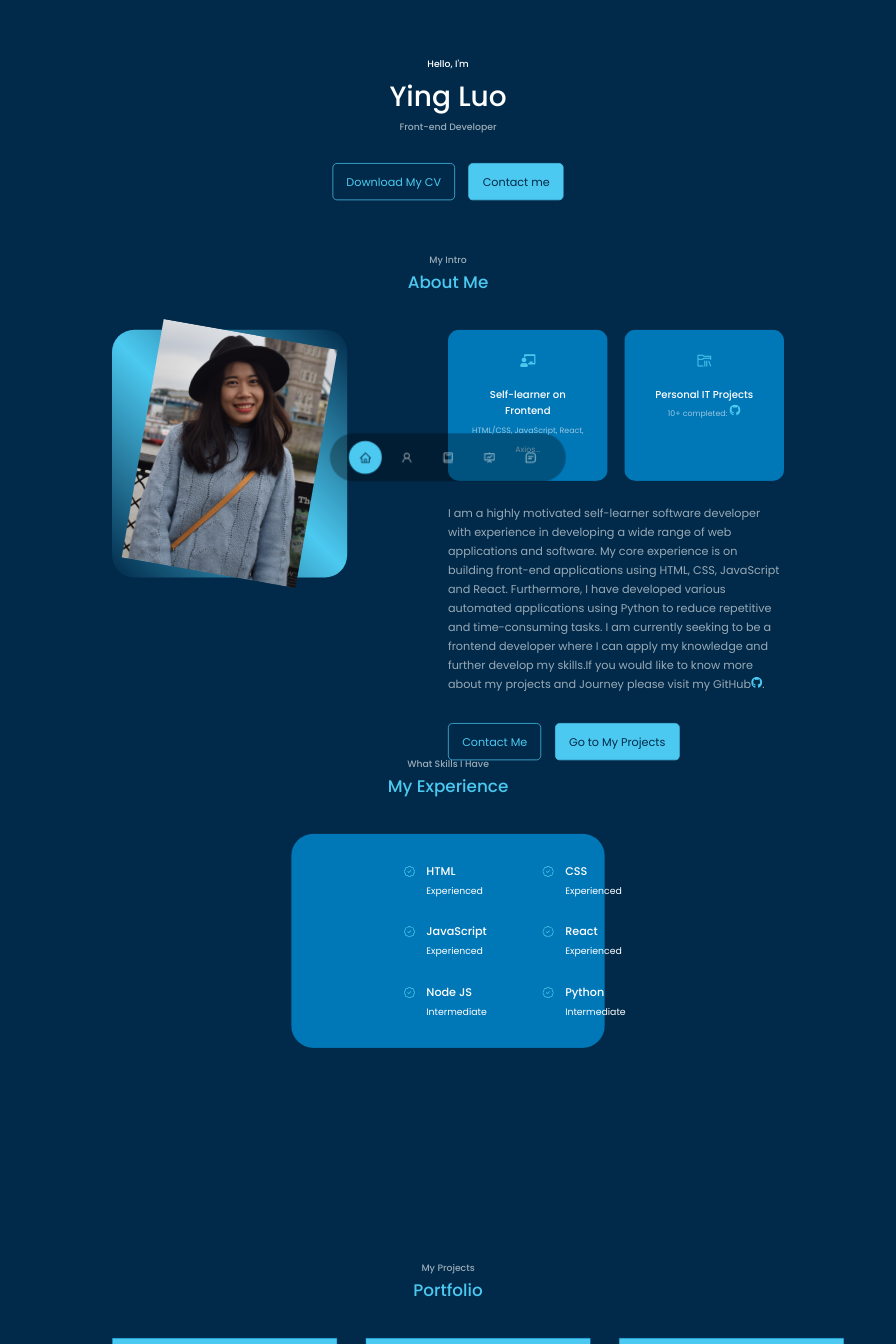
Repository: yingluo1020/react-portfolio-website
Page: /
These files come from the project's save history. The page is drawn as it stood at one moment and after the next save; the edit follows.
The browser window is 1280 px wide. The pictures show the part of the page from y = 0 to 1920 px (the page is 3663 px tall), at 70% of full size.
The project was rebuilt for these pictures with package versions that can differ from the ones it lists, and the page was loaded fresh each time. Imported but missing from the stored project, and not drawn on this page: src/assets/cv1.pdf.

Above is the page before, as saved 2022-03-16 09:44:53.

### src/index.css
@import url('https://fonts.googleapis.com/css2?family=Poppins:wght@300;400;500;600&display=swap');

* {
 margin: 0;
 padding: 0;
 border: 0;
 outline: 0;
 box-sizing: border-box;
 list-style: none;
 text-decoration: none;
}

:root {
    --color-bg:#012a4a;
    --color-bg-variant:#0077b6;
    --color-primary:#4cc9f0;
    --color-primary-variant:rgba(77,181,255,0.4);
    --color-white:#fff;
    --color-light:rgba(255,255,255,0.6);

    --transition:all 400ms ease;

    --container-width-lg:75%;
    --container-width-md:86%;
    --container-width-sm:90%;
}

html {
    scroll-behavior:smooth;
}

::-webkit-scrollbar {
    display: none;
}

body {
    font-family: 'Poppins', sans-serif;
    background: var(--color-bg);
    color:var(--color-white);
    line-height:1.7;
}

/* general styles */
.container {
    width:var(--container-width-lg);
    margin: 0 auto;
}

h1,
h2,
h3,
h4,
h5 {
    font-weight: 500;
}

h1 {
    font-size: 2.5rem;
}

section {
    /* margin-top: 10rem; */
    height: 100vh;
}

section > h2, section > h5 {
    text-align: center;
    color: var(--color-light);
}

section > h2 {
    color: var(--color-primary);
    margin-bottom: 3rem;
}

.text-light {
    color: var(--color-light);
}

a {
    color: var(--color-primary);
    transition: var(--transition);
}

a:hover {
    color: var(--color-white);
}

.btn {
    width: max-content;
    display: inline-block;
    color: var(--color-primary);
    padding: 0.75rem 1.2rem;
    border-radius:0.4rem;
    cursor: pointer;
    border: 1px solid var(--color-primary);
    transition: var(--transition);
}

.btn:hover{
    background: var(--color-white);
    color: var(--color-bg);
    border-color: transparent;
}

.btn-primary {
    background: var(--color-primary);
    color: var(--color-bg);
}

img{
    display: block;
    width: 100%;
    object-fit: cover;
}

/* media queries(medium devices)*/
@media screen and (max-width:1024px) {
    .container {
        width: var(--container-width-sm);
    }

    section> h2 {
        margin-bottom: 2rem;
    }
}

### src/components/header/Header.js
import React from 'react'
import avatar from '../../assets/avatar.JPG'
import './header.css';
import CV from '../../assets/cv1.pdf'


function Header() {
    return (
        <header>
            <div className="container header_container">
                <h5>Hello, I'm</h5>
                <h1>Ying Luo</h1>
                <h5 className="text-light">Front-end Developer</h5>

                <div className='cta'>
                    <a href={CV} download className='btn'>Download My CV</a>
                    <a href="#contact" className='btn btn-primary'>Contact me</a>
                </div>
            </div>
        </header>
    )
}

export default Header

### src/components/nav/Nav.js
import React, { useState } from 'react'
import './nav.css'
import { AiOutlineHome, } from 'react-icons/ai'
import { AiOutlineUser } from 'react-icons/ai'
import { BiBook } from 'react-icons/bi'
import { AiOutlineFundProjectionScreen } from 'react-icons/ai'
import { BiMessageSquareDetail } from 'react-icons/bi'


function Nav() {
    const [activeNav, setActiveNav] = useState('#')
    return (
        <nav>
            <a href="#" onClick={() => setActiveNav('#')} className={activeNav === '#' ? 'active' : ''}><AiOutlineHome /></a>
            <a href="#about" onClick={() => setActiveNav('#about')} className={activeNav === '#about' ? 'active' : ''}><AiOutlineUser /></a>
            <a href="#experience" onClick={() => setActiveNav('#experience')} className={activeNav === '#experience' ? 'active' : ''}><BiBook /></a>
            <a href="#portfolio" onClick={() => setActiveNav('#services')} className={activeNav === '#services' ? 'active' : ''}><AiOutlineFundProjectionScreen /></a>
            <a href="#contact" onClick={() => setActiveNav('#contact')} className={activeNav === '#contact' ? 'active' : ''}><BiMessageSquareDetail /></a>
        </nav>
    )
}

export default Nav

### src/components/about/About.js
import React from 'react'
import avatar from '../../assets/avatar.JPG'
import { FaChalkboardTeacher } from 'react-icons/fa'
import { VscFolderLibrary } from 'react-icons/vsc'
import { FaGithub } from 'react-icons/fa';
import './about.css';

function About() {
    return (
        <section id='about'>
            <h5>My Intro</h5>
            <h2>About Me</h2>

            <div className="container about_container">
                <div className="about_me">
                    <div className="about_image">
                        <img src={avatar} alt="About Image" />
                    </div>
                </div>

                <div className="about_content">
                    <div className="about_cards">
                        <article className="about_card">
                            <FaChalkboardTeacher className='about_icon' />
                            <h5> Self-learner on Frontend </h5>
                            <small>HTML/CSS, JavaScript, React, Axios...</small>
                        </article>

                        <article className="about_card">
                            <VscFolderLibrary className='about_icon' />
                            <h5>Personal IT Projects </h5>
                            <small>10+ completed:  </small>
                            <a href="https://github.com/yingluo1020" target="_blank"><FaGithub /></a>
                        </article>

                    </div>

                    <p>I am a highly motivated self-learner software developer with experience in developing a wide range of web applications and software. My core experience is on building front-end applications using HTML, CSS, JavaScript and React. Furthermore, I have developed various automated applications using Python to reduce repetitive and time-consuming tasks. I am currently seeking to be a frontend developer where I can apply my knowledge and further develop my skills.If you would like to know more about my projects and Journey please visit my GitHub
                        <a href="https://github.com/yingluo1020" target="_blank"><FaGithub /></a>.
                    </p>
                    <div className="about_btn">
                        <a href="#contact" className="btn btn">Contact Me</a>
                        <a href="#" target="_blank" className="btn btn-primary">Go to My Projects</a>
                    </div>

                </div>
            </div>
        </section>
    )
}

export default About

### src/components/portfolio/Portfolio.js
import React from 'react'
import './portfolio.css';
import project1 from '../../assets/todo1.jpg'
import project2 from '../../assets/search.jpg'
import project3 from '../../assets/btc_alert.jpg'



function Portfolio() {
    return (
        <section id='portfolio'>
            <h5>My Projects</h5>
            <h2>Portfolio</h2>
            <div className="container portfolio_container ">
                <article className='portfolio'>
                    <div className="portfolio_head">
                        <h3 >To-Do List web app</h3>
                    </div>


                    <div className="portfolio_item-image">
                        <img src={project1} alt="project1" />
                    </div>

                    <div className="portfolio_link">
                        <a href="https://github.com" target='_blank' className='btn btn-primary'>Github</a>
                    </div>
                </article>

                <article className='portfolio'>
                    <div className="portfolio_head">
                        <h3 >To-Do List web app</h3>
                    </div>

                    <div className="portfolio_body">
                        <div className="portfolio_item-image">
                            <img src={project2} alt="project1" />
                        </div>
                    </div>
                    <div className="portfolio_link">
                        <a href="https://github.com" target='_blank' className='btn btn-primary'>Github</a>
                    </div>
                </article>

                <article className='portfolio'>
                    <div className="portfolio_head">
                        <h3 >To-Do List web app</h3>
                    </div>

                    <div className="portfolio_body">
                        <div className="portfolio_item-image">
                            <img src={project3} alt="project1" />
                        </div>
                    </div>
                    <div className="portfolio_link">
                        <a href="https://github.com" target='_blank' className='btn btn-primary'>Github</a>
                    </div>
                </article>

            </div>
        </section>
    )
}

export default Portfolio

### src/components/contact/Contact.js
import React, { useRef } from 'react'
import './contact.css'
import { MdOutlineEmail } from 'react-icons/md'
import { RiMessengerLine } from 'react-icons/ri'
import { BsWhatsapp } from 'react-icons/bs'
import emailjs from '@emailjs/browser';


function Contact() {
    const form = useRef();

    const sendEmail = (e) => {
        e.preventDefault();

        emailjs.sendForm('service_s6sapzl', 'template_utnko3u', form.current, 'user_Ak4JS85QR5w9GZLqKm3hY')

        alert(`I'll will reply you ASAP :)`)
        e.target.reset()
    };

    return (
        <section id="contact">
            <h5>Get In Touch</h5>
            <h2>Contact Me</h2>

            <div className="container contact_container">
                <div className="contact_options">
                    <article className='contact_option'>
                        <MdOutlineEmail className='contact_option-icon' />
                        <h4>Email</h4>
                        <h5>yingluo1020@gmail.com</h5>
                        <a href="mailto:yingluo1020@gmail.com" target='_blank'>Send a message</a>
                    </article>

                    <article className='contact_option'>
                        <RiMessengerLine className='contact_option-icon' />
                        <h4>Messenger</h4>
                        <h5>Ying Luo</h5>
                        <a href="https://m.me/yng.luo" target='_blank'>Send a message</a>
                    </article>

                    <article className='contact_option'>
                        <BsWhatsapp className='contact_option-icon' />
                        <h4>WhatsApp</h4>
                        <h5>+44 7407171383</h5>
                        <a href="https://api.whatsapp.com/send?phone+447407171383" target='_blank'>Send a message</a>
                    </article>
                </div>
                {/* End of contact options */}
                <form action="" ref={form} onSubmit={sendEmail}>
                    <input type="text" name='name' placeholder='Your Name' required />
                    <input type="email" name='email' placeholder='Your Email' required />
                    <textarea type="text" name='name' placeholder='Your Message' required ></textarea>
                    <button type="submit" className="btn btn-primary">Send a message</button>
                </form>

            </div>
        </section>

    )
}

export default Contact

### src/components/footer/Footer.js
import React from 'react'
import './footer.css'
import { BsLinkedin } from 'react-icons/bs';
import { FaGithub } from 'react-icons/fa';
import { FiDribbble } from 'react-icons/fi';


function Footer() {
    return (
        <footer>
            <a href="https://github.com/yingluo1020" target="_blank" className='footer_logo'><FaGithub /> Ying Luo</a>
            <ul className='permalinks'>
                <li><a href="#">Home</a></li>
                <li><a href="#about">About</a></li>
                <li><a href="#experience">Experience</a></li>
                <li><a href="#portfolio">Portfolio</a></li>
                <li><a href="#contact">Contact</a></li>
            </ul>

            <div className="footer_copyright">
                <small>&copy; All rights reserved by Ying Luo.</small>
            </div>
        </footer>
    )
}

export default Footer

### src/components/header/header.css
header {
    height: 50vh;
    padding-top: 5rem;
    overflow: hidden;
}

.header_container {
    text-align: center;
    height: 100%;
    position: relative;
}

.cta {
    margin: 2.5rem auto;
    display: flex;
    gap:1.2rem;
    justify-content: center;
}

.avatar {
    background: linear-gradient(var(--color-primary),transparent) ;
    width: 22rem;
    height: 30rem;
    position: absolute;
    left: calc(50% - 11rem);
    border-radius: 12rem 12rem 0 0 ;
    overflow: hidden;
    padding: 5rem 1.5rem 1.5rem 1.5rem;
}

### src/components/nav/nav.css
nav {
    background: rgba(0, 0, 0, 0.3);
    width: max-content;
    display: block;
    padding:0.7rem 1.7rem;
    z-index: 2;
    position: fixed;
    left: 50%;
    transform: translateX(-50%);
    bottom: 2rem;
    display: flex;
    gap: 0.8rem;
    border-radius: 3rem;
    /* backdrop-filter: blur(15px); */
}

nav a {
    background: transparent;
    padding: 0.9rem;
    border-radius:50% ;
    display: flex;
    color: var(--color-light);
    font-size: 1.1rem;
}

nav a:hover{
    background: rgba(0, 0, 0, 0.3);
}

nav a.active {
    background: var(--color-primary);
    color: var(--color-bg);
}

### src/components/about/about.css
.about_container {
    display: grid;
    grid-template-columns: 35% 50%;
    gap: 15%;
}

.about_me{
    width: 100%;
    aspect-ratio: 0.95/1;
    border-radius: 2rem;
    background: linear-gradient(45deg,transparent,var( --color-primary),transparent);
    display: grid;
    place-items: center;
}

.about_image {
    border-radius: 2rem;
    overflow: hidden;
    transform: rotate(10deg);
    transition: var(--transition);
}

.about_image:hover{
    transform: rotate(0);
}

.about_image img {
    width: 75%;
    margin: 0 auto;
}
.about_cards {
    display: grid;
    grid-template-columns: repeat(2,1fr);
    gap: 1.5rem;
}

.about_card {
    background: var(--color-bg-variant);
    border:1px solid transparent ;
    border-radius: 1rem;
    padding: 2rem;
    text-align: center;
    transition: var(--transition);
}

.about_card:hover {
    background:transparent;
    border-color:var(--color-primary-variant) ;
    cursor: default;
}

.about_icon {
    color: var(--color-primary);
    font-size: 1.4rem;
    margin-bottom: 1rem;
}

.about_card h5 {
    font-size: 0.9rem;
}

.about_card small {
    font-size: 0.7rem;
    color: var(--color-light);
}

.about_content p {
    margin: 2rem 0 2.6rem;
    color: var(--color-light);
}

.about_content .about_btn {
    display: flex;
    gap:1.2rem;
}

/* media queries(medium devices)*/
@media screen and (max-width:1024px) {
    .about_container {
        grid-template-columns: 1fr ;
        gap:0;
    }

    .about_me{
        width: 50%;
        margin: 2rem auto 4rem;
    }

    .about_content p {
        margin: 1rem 0 1.5rem;
    }
}

/* media queries(small devices)*/
@media screen and (max-width:600px) {
    .about_me{
        width: 65%;
        margin: 0 auto 3rem;
    }

    .about_cards {
        grid-template-columns: 1fr 1fr;
        gap: 1rem;
    }

    .about_content {
        text-align: center;
    }

    .about_content p {
        margin: 1.5rem 0;
    }
}

### src/components/experience/experience.css
.experience_container{
    width: 35%;
}

.experience_container >div {
    background: var(--color-bg-variant);
    padding: 2.4rem 10rem;
    border-radius: 2rem;
    border: 1px solid transparent;
    transition: var(--transition);
}

.experience_container >div:hover{
    background: transparent;
    border-color: var(--color-primary-variant);
    cursor: default;
}

.experience_content {
    display: grid;
    grid-template-columns: 1fr 1fr;
    gap: 5rem;
    row-gap: 2rem;
}

.experience_details {
    display: flex;
    gap: 1rem;
}

.experience_details-icon{
    margin-top: 6px;
    color: var(--color-primary);
}

/* media queries(medium devices)*/
@media screen and (max-width:1024px) {
    .experience_container{
        grid-template-columns: 1fr;
    }

    .experience_container >div {
        width: 80%;
        padding: 2rem;
        margin: 0 auto;
    }

    .experience_content {
        padding: 1rem;
    }
}

/* media queries(small devices)*/
@media screen and (max-width:600px) {
    .experience_container{
        gap: 1rem;
    }

    .experience_container >div {
        width: 100%;
        padding: 2rem 1rem;
    }
}

### src/components/portfolio/portfolio.css
.portfolio_container{
    display: grid;
    grid-template-columns: repeat(3,1fr);
    gap: 2.5rem;
}

.portfolio {
    background: var(--color-bg-variant);
    border-radius:0 0 2rem 2rem;
    border: 1px solid transparent;
    /* height: fit-content; */
    transition: var(--transition);
}

.portfolio:hover {
    background: transparent;
    border-color: var(--color-primary-variant);
    transition: var(--transition);
}

.portfolio_head{
    background: var(--color-primary);
    border-radius:0 0 2rem 2rem;
    padding: 2rem;
    box-shadow: 0 2rem 1rem rgba(0,0,0,0.1);
}

.portfolio_head h3 {
    text-align: center;
    font-size: 1rem;
    color: var(--color-bg);
}

.portfolio_item-image {
    width: 20rem;
    height: 20rem;
    /* aspect-ratio: 1/1;   */
    border-radius: 1.5rem;
    overflow: hidden;
    margin: 1rem auto;
}

.portfolio_link {
    display: flex;
    justify-content: center;
    margin: 1rem 0;
}


/* media queries(medium devices)*/
@media screen and (max-width:1024px) {
    .portfolio_container{
        grid-template-columns: 1fr 1fr;
        gap: 1.2rem;
    }
}

/* media queries(small devices)*/
@media screen and (max-width:600px) {
    .portfolio_container {
        grid-template-columns: 1fr;
        gap: 1rem;
    }
}

### src/components/contact/contact.css
.contact_container {
    width: 58%;
    display: grid;
    grid-template-columns: 30% 58%;
    gap: 12%;
}

.contact_options {
    display: flex;
    flex-direction: column;
    gap: 1.2rem;
}

.contact_option{
    background: var(--color-bg-variant);
    padding: 1.2rem ;
    border-radius:1.2rem;
    border: 1px solid transparent;
    text-align: center;
    transition: var(--transition);
}

.contact_option:hover{
    background: transparent;
    border-color: var(--color-primary-variant);
}

.contact_option-icon{
    font-size: 1.5rem;
    margin-bottom: 0.5rem;
}

.contact_option a {
    margin-top: 0.7rem;
    display: inline-block;
    font-size: 0.8rem;
}

/* form */
form {
    display: flex;
    flex-direction: column;
    gap: 1.2rem;
}

input, textarea{
    width: 100%;
    padding: 1.5rem ;
    border-radius:0.5rem;
    border: 2px solid var(--color-primary-variant);
    background: transparent;
    resize: none; /* 元素不能被用户缩放。 */
    color: var(--color-white);
}

/* media queries(medium devices)*/
@media screen and (max-width:1024px) {
    .contact_container {
        grid-template-columns: 1fr;
        gap: 2rem;
    }

}

/* media queries(small devices)*/
@media screen and (max-width:600px) {
    .contact_container{
        width: var(--container-width-sm);
    }
}

### src/components/footer/footer.css
footer {
    background: var(--color-primary);
    padding: 2rem 0;
    text-align: center;
    font-size: 0.9rem;
    margin-top: 7rem;
}

footer a {
    color: var(--color-bg);
}

.footer_logo{
    font-size: 2rem;
    font-weight: 500;
    margin-bottom: 2rem;
    display: inline-block;
}

.permalinks{
    display: flex;
    flex-wrap: wrap;
    justify-content: center;
    gap: 2rem;
    margin: 0 auto 3rem;
}

.footer_socials{
    display: flex;
    justify-content: center;
    gap: 1rem;
    margin-bottom: 4rem;
}

.footer_socials a {
    display: flex;
    background: var(--color-bg);
    color: var(--color-white);
    padding: 0.8rem;
    border-radius: 0.7rem;
    border: 1px solid transparent;
    transition: var(--transition);
}

.footer_socials a:hover{
    background: transparent;
    color: var(--color-bg);
    border-color: var(--color-bg);
}

.footer_copyright {
    margin-bottom: 4rem;
    color: var(--color-bg);
}

/* media queries(small devices)*/
@media screen and (max-width:600px) {
    .permalinks{
        flex-direction: column;
        gap: 1.5rem;
    }

    .footer_socials{
        margin-bottom: 2.6rem;
    }
}

Loaded but not shown: public/index.html (common file); src/index.js (common file); src/App.js (common file); src/components/experience/Experience.js (64 lines, source omitted)

After the next save:
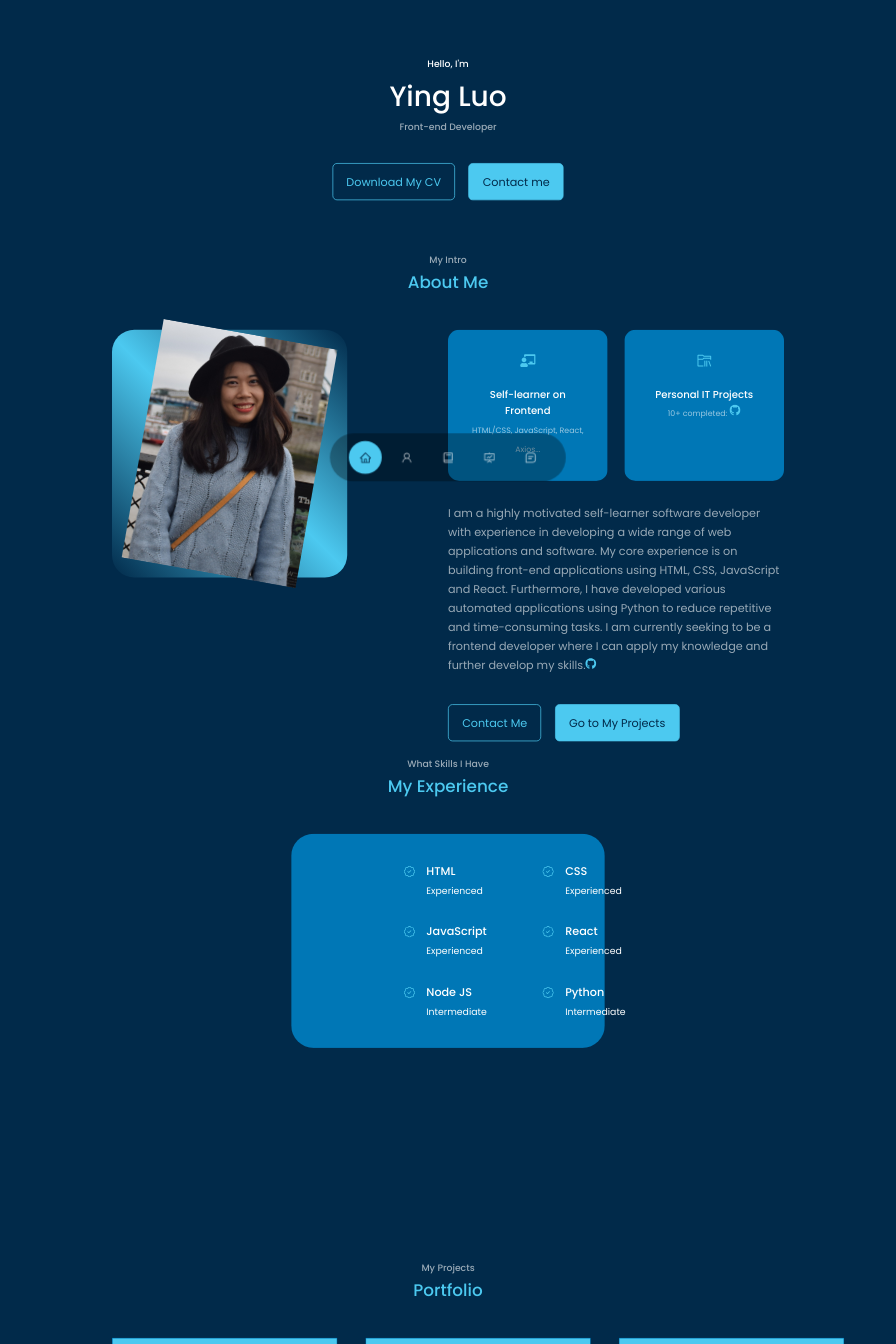
Saved 96 s later.
--- a/src/components/about/About.js
+++ b/src/components/about/About.js
@@ -35,8 +35,8 @@ function About() {
 
                     </div>
 
-                    <p>I am a highly motivated self-learner software developer with experience in developing a wide range of web applications and software. My core experience is on building front-end applications using HTML, CSS, JavaScript and React. Furthermore, I have developed various automated applications using Python to reduce repetitive and time-consuming tasks. I am currently seeking to be a frontend developer where I can apply my knowledge and further develop my skills.If you would like to know more about my projects and Journey please visit my GitHub
-                        <a href="https://github.com/yingluo1020" target="_blank"><FaGithub /></a>.
+                    <p>I am a highly motivated self-learner software developer with experience in developing a wide range of web applications and software. My core experience is on building front-end applications using HTML, CSS, JavaScript and React. Furthermore, I have developed various automated applications using Python to reduce repetitive and time-consuming tasks. I am currently seeking to be a frontend developer where I can apply my knowledge and further develop my skills.
+                        <a href="https://github.com/yingluo1020" target="_blank"><FaGithub /></a>
                     </p>
                     <div className="about_btn">
                         <a href="#contact" className="btn btn">Contact Me</a>
